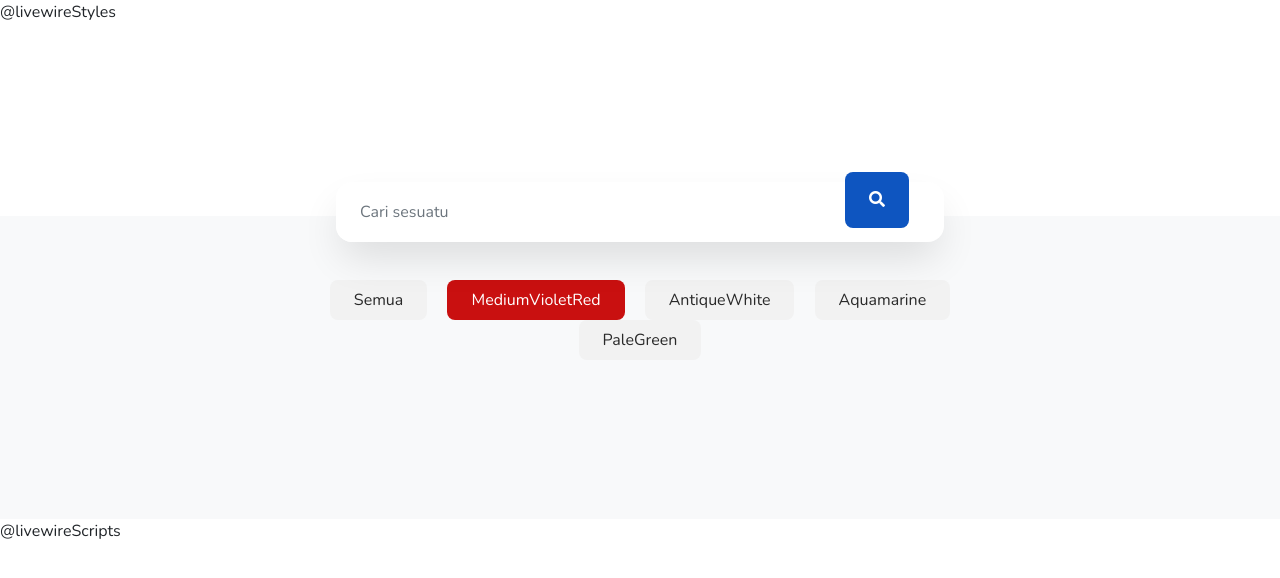
Repository: khulqu15/bidding-lite
Page: http://localhost/products?category=1
An editor plug-in stored every save of this project. The page is shown before and after the next save, followed by the edit.
The browser window is 1280 px wide. The pictures show the whole page.
The pointer rests on the first visible `.btnm-primary`.
Some web fonts or font styles are not loaded; a fallback is used. The page is served by the project's Laravel application, run on PHP 8.4 with Laravel 8. Other server files are loaded and not shown. The database holds what the project's SQL file puts in it.

Above is the page before, as saved 2022-03-01 01:29:42.

### routes/web.php
<?php

use App\Http\Controllers\AuctionController;
use App\Http\Controllers\ContactController;
use App\Http\Controllers\PageController;
use App\Http\Controllers\ProductController;
use App\Http\Controllers\TransactionController;
use App\Http\Controllers\UserController;
use App\Http\Livewire\Page\Home;
use App\Models\Transaction;
use Illuminate\Support\Facades\Auth;
use Illuminate\Support\Facades\Route;

/*
|--------------------------------------------------------------------------
| Web Routes
|--------------------------------------------------------------------------
|
| Here is where you can register web routes for your application. These
| routes are loaded by the RouteServiceProvider within a group which
| contains the "web" middleware group. Now create something great!
|
*/

Route::get('/', [PageController::class, 'home'])->name('home');
Route::get('products', [PageController::class, 'products'])->name('products');
Route::get('contact', [PageController::class, 'contact'])->name('contact');
Route::get('product/{id}', [PageController::class, 'product'])->name('product');

Route::get('transaction/auction/{auctionId}', [TransactionController::class, 'create'])->name('transaction.create');
Route::get('transaction/{id}/auction/{auctionId}', [TransactionController::class, 'edit'])->name('transaction.edit');
Route::post('transaction', [TransactionController::class, 'store'])->name('transaction.store');
Route::patch('transaction/{id}', [TransactionController::class, 'update'])->name('transaction.update');
Route::delete('transaction/{id}', [TransactionController::class, 'destroy'])->name('transaction.destroy');
Route::get('transaction/{id}/final', [TransactionController::class, 'finalization'])->name('transaction.final');

Route::get('profile', [PageController::class, 'profile'])->name('profile');
Route::post('auction', [AuctionController::class, 'store'])->name('addAuction');
Route::post('update/user/{id}', [UserController::class, 'update'])->name('updateUser');
Route::post('update/password/{id}', [UserController::class, 'updatePassword'])->name('updatePassword');
Route::post('send/email', [ContactController::class, 'store'])->name('sendEmail');

Route::get('home', [Home::class, 'render']);

Route::group(['middleware' => ['multi.auth', 'auth:sanctum', 'verified']], function() {
    Route::get('/dashboard', [PageController::class, 'dashboard'])->name('dashboard');
    Route::get('/dashboard-product', [PageController::class, 'dashboardProduct'])->name('dashboard.product');
    Route::get('/dashboard-auction', [PageController::class, 'dashboardAuction'])->name('dashboard.auction');
    Route::get('/dashboard-transaction', [PageController::class, 'dashboardTransaction'])->name('dashboard.transaction');
    Route::get('/dashboard-user', [PageController::class, 'dashboardUser'])->name('dashboard.user');
    Route::get('/edit/product/{id}', [PageController::class, 'editProduct'])->name('editProduct');
    Route::post('/store/product', [ProductController::class, 'store'])->name('storeProduct');
    Route::post('/update/product/{id}', [ProductController::class, 'update'])->name('updateProduct');
});

// Route::middleware(['auth:sanctum', 'verified'])->get('/dashboard', function () {
//     if(Auth::check()) {
//         if(Auth::user()->level == null || Auth::user()->level == 'user') {
//             return redirect()->route('home');
//         } else {
//             return view('dashboard');
//         }
//     }
// })->name('dashboard');

### app/Http/Controllers/PageController.php
<?php

namespace App\Http\Controllers;

use App\Models\CategoryProduct;
use App\Models\Product;
use App\Models\Transaction;
use App\Models\User;
use Illuminate\Http\Request;
use Illuminate\Support\Facades\Auth;

class PageController extends Controller
{
    public $product;
    public $ctr;

    public function __construct(Product $product, CategoryProduct $category)
    {
        $this->ctr = $category;
        $this->product = $product;
    }

    public function home(Request $request)
    {
        $query = $this->product->query();
        $product = $query->with('Category');
        if($request->get('name')) {
            $products = $query->where('name', 'LIKE', "%".$request->get('name')."%");
        }
        if($request->get('category')) {
            $products = $query->where('category_id', $request->get('category'));
        }
        $products = $query->where('status', 'aktif')->paginate(6);
        $categories = $this->ctr->paginate(4);
        return view('welcome', compact('products', 'categories'));
    }

    public function dashboardTransaction(Request $request)
    {
        $transactions = Transaction::paginate(10);
        return view('transactions', compact('transactions'));
    }


    public function products(Request $request)
    {
        $query = $this->product->query();
        $product = $query->with('Category');
        if($request->get('name')) {
            $products = $query->where('name', 'LIKE', "%".$request->get('name')."%");
        }
        if($request->get('category')) {
            $products = $query->where('category_id', $request->get('category'));
        }
        $products = $query->where('status', 'aktif')->paginate(6);
        $categories = $this->ctr->paginate(4);
        return view('products', compact('products', 'categories'));
    }

    public function product(Request $request, $id)
    {
        $product = $this->product->find($id);
        return view('product', compact('product'));
    }

    public function profile()
    {
        if(Auth::check()) {
            if(Auth::user()->level == 'admin' || Auth::user()->level == 'petugas') {
                return redirect()->route('dashboard');
            }
            $user = User::with(['Like', 'Like.Product', 'Auction', 'Auction.product'])->where('id', Auth::id())->first();
            return view('profile', compact('user'));
        } else {
            return redirect()->route('login');
        }
    }

    public function contact()
    {
        return view('contact');
    }

    public function dashboard()
    {
        return view('dashboard');
    }

    public function dashboardProduct()
    {
        return view('dashboard-product');
    }

    public function dashboardAuction()
    {
        return view('dashboard-auction');
    }

    public function dashboardUser()
    {
        return view('dashboard-user');
    }

    public function editProduct($id)
    {
        $product = Product::find($id);
        return view('product-edit', compact('product'));
    }
}

### app/Http/Controllers/Controller.php
<?php

namespace App\Http\Controllers;

use GuzzleHttp\Exception\ClientException;
use Illuminate\Foundation\Auth\Access\AuthorizesRequests;
use Illuminate\Foundation\Bus\DispatchesJobs;
use Illuminate\Foundation\Validation\ValidatesRequests;
use Illuminate\Routing\Controller as BaseController;

class Controller extends BaseController
{
    use AuthorizesRequests, DispatchesJobs, ValidatesRequests;

    public function onSuccess($dataType, $data, $requestType = null)
    {
        if($requestType != null) {
            return response()->json([
                'status' => "$dataType $requestType",
                'code' => '200',
                'data' => $data
            ]);
        }
        if($data == null) {
            return response()->json([
                'status' => "$dataType Not Found",
                'code' => '404',
                'message' => "Data $dataType belum ada",
                'data' => $data
            ]);
        }
        return response()->json([
            'status' => "$dataType Founded",
            'code' => '200',
            'message' => "Data $dataType ditemukan",
            'data' => $data
        ]);
    }

    public function onError(\Exception $e)
    {
        if($e instanceof ClientException) {
            $nException = json_decode($e->getResponse()->getBody()->getContents(), true);
            if($nException) {
                $e = new \Exception($nException['reason'], $nException['code']);
            }
        }
        $exceptions = [
            'status' => 'Failed Error',
            'code' => $e->getCode(),
            'error' => $e->getMessage(),
        ];
        return response()->json($exceptions);
    }
}

### app/Models/Product.php
<?php

namespace App\Models;

use Carbon\Carbon;
use Illuminate\Database\Eloquent\Factories\HasFactory;
use Illuminate\Database\Eloquent\Model;

class Product extends Model
{
    use HasFactory;

    protected $table = 'products';

    protected $fillable = ['name', 'close', 'price', 'picture', 'description', 'category_id'];

    public function Category()
    {
        return $this->belongsTo(CategoryProduct::class, 'category_id');
    }

    public function Like()
    {
        return $this->hasMany(LikeProduct::class, 'product_id');
    }

    public function Auction()
    {
        return $this->hasMany(Auction::class, 'product_id');
    }

    public function Transaction()
    {
        return $this->hasMany(Transaction::class);
    }

    // public function getCloseAttribute()
    // {
    //     $date = Carbon::create($this->attributes['close'])->isoFormat('dddd, D MMMM Y');
    //     return $date;
    // }
}

### app/Models/CategoryProduct.php
<?php

namespace App\Models;

use Illuminate\Database\Eloquent\Factories\HasFactory;
use Illuminate\Database\Eloquent\Model;

class CategoryProduct extends Model
{
    use HasFactory;

    protected $table = 'category_products';

    protected $fillable = ['name'];

    public function Product()
    {
        return $this->hasMany(Product::class, 'category_id');
    }
}

### resources/views/products.blade.php
@extends('layouts.general')

@section('title', 'Products')

@section('content')
<div class="pt-5">
    <div class="pt-5 mt-5">
        <div class="container-fluid mt-5 pt-3 bg-light">
            <div class="container">
                <div class="row">
                    <div class="col-md-8 offset-md-2 text-center position-relative">
                        <div class="input-search-home">
                            <form action="{{ route('products') }}" method="GET">
                                <div class="row">
                                    <div class="col-9">
                                        <input value="{{ request()->get('name') == null ? null : request()->get('name') }}"
                                        type="text" name="name" placeholder="Cari sesuatu" class="form-control px-4 border-0">
                                    </div>
                                    <div class="col-3">
                                        @if (Request::get('name') == null)
                                            <button type="submit" class="btn btnm-primary px-4">
                                                <i class="fas fa-search"></i>
                                            </button>
                                        @else
                                            <a href="{{ route('products') }}" type="button" class="btn btnm-light px-4">
                                                <i class="fas fa-undo"></i>
                                            </a>
                                        @endif
                                    </div>
                                </div>
                            </form>
                        </div>
                        <div class="pt-5 pb-3">
                            <a href="{{ route('products') }}" class="btn {{ request()->get('category') == null ? 'btnm-primary' : 'btnm-light' }} btnm-primary my-md-0 my-2 mx-2 px-4 py-2">Semua</a>
                            @foreach ($categories as $category)
                                <a href="{{ route('products', ['category' => $category->id]) }}"
                                class="btn {{ request()->get('category') == $category->id ? 'btnm-primary' : 'btnm-light' }} my-md-0 my-2 mx-2 px-4 py-2">{{ $category->name }}</a>
                            @endforeach
                        </div>
                    </div>
                </div>
                <div class="row mt-4">
                    @foreach ($products as $product)
                    <div class="col-md-4 col-sm-6 my-2">
                        <livewire:components.card-product :product="$product"/>
                    </div>
                    @endforeach
                    <div class="col-12 text-right py-4 mt-4">
                        <div class="d-inline-block mb-4">
                            {{ $products->links() }}
                        </div>
                    </div>
                </div>
            </div>
        </div>
    </div>
</div>
@endsection

### public/css/style.css
body {
    overflow-x: hidden !important;
}
.viga {
    font-family: 'Viga', sans-serif;
}
.bgm-primary {
    background-color: #C91010 !important;
}
.bgm-primary-light {
    background-color: #F92929 !important;
}
.btnm-primary {
    border: none;
    border-radius: 0px !important;
    transition: all .3s ease-in-out;
    background-color: #C91010 !important;
    padding: 1rem 2rem;
    border-radius: 8px !important;
    color: white;
}
.shadow-smooth {
    box-shadow: 10px 20px 49px -8px rgba(0, 0, 0, 0.08) !important;
}
.text-right {
    text-align: right !important;
}
.text-left {
    text-align: left !important;
}
.text-sm {
    font-size: .8rem;
}
.text-center {
    text-align: center !important;
}
.cursor-point {
    cursor: pointer;
}
.btnm-primary:hover {
    color: white !important;
    background-color: #0E55C0 !important;
}
.btnm-light {
    border: none;
    border-radius: 0px !important;
    transition: all .3s ease-in-out;
    background-color: #f2f2f2 !important;
    padding: 1rem 2rem;
    border-radius: 8px !important;
    color: #292929;
}
.btnm-light:hover {
    color: #292929 !important;
    background-color: #c2c2c2 !important;
}
.textm-primary {
    color: #C91010 !important;
}
.textm-gray {
    color: gray !important;
}

.input-search-home {
    width: 80%;
    border-radius: 16px !important;
    position: absolute;
    left: 10%;
    height: 60px;
    box-shadow: 0px 20px 40px -6px rgba(0, 0, 0, 0.12);
    top: -50px;
    background-color: white;
}
.input-search-home input {
    border-radius: 16px !important;
    height: 60px;
}
.input-search-home button,
.input-search-home a {
    position: relative;
    top: -10px;
}
.maxm-height {
    min-height: 70vh;
    max-height: 70vh !important;
    overflow-y: auto !important;
    overflow-x: hidden !important;
}


.card-product {
    width: 100%;
    transition: all .3s ease-in-out;
    height: 370px;
    border-radius: 16px;
    background-color: white;
}
.card-product:hover {
    box-shadow: 12px 24px 48px rgba(0, 0, 0, 0.09);
}
.card-product .image {
    width: 100%;
    height: 170px;
    border-top-left-radius: 16px;
    border-top-right-radius: 16px;
    background-color: #F92929;
    overflow: hidden;
}
.card-product .image img {
    transition: all .3s ease-in-out;
}
.card-product .image:hover img {
    transform: scale(1.1);
    opacity: .6;
}
.card-product .like {
    width: 50px;
    height: 50px;
    border-radius: 50px;
    background-color: #ffbaba;
    color: #C91010;
    position: absolute;
    line-height: 53px;
    text-align: center;
    z-index: 10;
    top: 140px;
    right: 20px;
    transition: all .3s ease-in-out;
}
.card-product .like:hover {
    cursor: pointer;
    background-color: #C91010;
    color: #F92929;
}
.card-product .liked {
    width: 50px;
    height: 50px;
    border-radius: 50px;
    background-color: #880303;
    color: #F92929;
    position: absolute;
    line-height: 53px;
    text-align: center;
    z-index: 10;
    top: 140px;
    right: 20px;
    transition: all .3s ease-in-out;
}
.card-product .like:hover {
    cursor: pointer;
    color: #8c0202;
    background-color: #F92929;
}
.image-fit-card {
    width: 100%;
    height: 100%;
    object-fit: cover !important;
}
.card-product .line-category {
    display: inline-block;
    width: 20px;
    height: 3px;
    background-color: gray;
}

.bg-hammer-bottom {
    background: url('../img/wallpaper/hammer.png');
    background-attachment: fixed;
    background-position: center;
    background-size: cover;
}

.input-email-footer {
    position: relative;
    width: 100%;
    height: 70px;
    box-shadow: 0px 19px 38px rgba(0, 0, 0, 0.12);
    background-color: white;
}
.input-email-footer input {
    height: 70px;
    width: 100%;
}
.input-email-footer button {
    position: relative;
    top: -8px
}

.menu-footer {
    color: rgba(255, 255, 255, .5);
}
.menu-footer.active,
.menu-footer:hover {
    color: rgba(255, 255, 255, 1);
    cursor: pointer;
    transition: all .4s ease-in-out;
}
.menu-footer .icon {
    position: absolute;
    right: -50px;
    opacity: 0;
    transition: all .2s ease-in-out;
    visibility: hidden;
}
.menu-footer.active .icon,
.menu-footer:hover .icon {
    position: relative;
    opacity: 1;
    right: 0;
    visibility: visible;
}
.menu-footer .menu-title {
    transition: all .2s ease-in-out;
    position: relative;
    font-size: 3rem;
    right: -10px;
}
.menu-footer.active .menu-title,
.menu-footer:hover .menu-title {
    position: relative;
    right: 0px;
}

.icons-footer svg {
    transition: all .2s ease-in-out;
    color: #c2c2c2;
    margin: 0px .8rem;
    font-size: 1.4rem;
}

.icons-footer svg:hover {
    cursor: pointer;
    color: #767676;
}

.navbar {
    transition: all .3s ease-in-out;
    z-index: 100;
}
.burger {
    position: relative;
    top: -5px;
    margin: 10px 0px 0px 0px;
}
.burger div {
    width: 30px;
    height: 2px;
    margin: 7px 0px;
    position: relative;
    background-color: #767676;
    transition: all .3s ease-in-out;
}
.burger.times div:nth-child(1) {
    transform: rotate(45deg);
    top: 5px;
}
.burger.times div:nth-child(2) {
    transform: rotate(-45deg);
    top: -5px;
}

.navbar-fixed {
    position: fixed;
    width: 100%;
    z-index: 50;
    overflow-x: hidden !important;
    overflow-y: auto !important;
    height: 100%;
    top: 0;
    opacity: 1;
    transform: skew(0deg);
    background-color: white;
    visibility: visible;
    right: 0;
    transition: all .5s ease-in;
}
.avatar-sm {
    width: 40px;
    height: 40px;
    border-radius: 40px;
    overflow: hidden;
    display: inline-block;
}
.avatar-md {
    width: 50px;
    height: 50px;
    border-radius: 50px;
    overflow: hidden;
    display: inline-block;
}
.avatar-sm-navbar {
    width: 40px;
    height: 40px;
    border-radius: 40px;
    display: inline-block;
    right: 10px;
    position: absolute;
    z-index: 10;
    overflow: hidden;
    transition: all .3s ease-in-out;
    top: 24px;
    box-sizing: content-box;
}
.avatar-sm-navbar:hover {
    cursor: pointer;
    border: 4px solid gainsboro;
    top: 20px;
    right: 12px;
}
.navbar-fixed.hide {
    transform: skew(10deg) !important;
    opacity: 0 !important;
    right: -100% !important;
    visibility: hidden !important;
}
.menu-navbar {
    color: rgba(44, 44, 44, 0.5);
}
.menu-navbar.active,
.menu-navbar:hover {
    color: rgba(44, 44, 44, 1) !important;
    cursor: pointer;
    transition: all .4s ease-in-out;
}
.menu-navbar .icon {
    position: absolute;
    right: -50px;
    opacity: 0;
    transition: all .2s ease-in-out;
    visibility: hidden;
}
.menu-navbar.active .icon,
.menu-navbar:hover .icon {
    position: relative;
    opacity: 1;
    right: 0;
    visibility: visible;
}
.menu-navbar .menu-title {
    transition: all .2s ease-in-out;
    position: relative;
    font-size: 3rem;
    right: -10px;
}
.menu-navbar.active .menu-title,
.menu-navbar:hover .menu-title {
    position: relative !important;
    right: 0px !important;
}
a {
    text-decoration: none !important;
}
.full-page,
.bg-product {
    width: 100%;
    min-height: 100vh;
    overflow: hidden;
    position: relative;
    background-color: #292929;
}
.full-page {
    background-color: #F92929 !important;
}
.bg-product img {
    opacity: .8;
}

.avatar-profile {
    width: 80px;
    margin: 0px auto;
    height: 80px;
    display: inline-block;
    border-radius: 80px;
    overflow: hidden !important;
    background-color: #C91010;
}
.ellipsis-menu-right {
    top: 0;
    right: 0;
    margin: .7rem;
    font-size: 1.2rem;
}

.card-profile-navbar {
    background-color: white;
    width: 300px;
    position: relative;
    z-index: 100;
}
.card-auction {
    box-shadow: 0px 5px 15px rgba(0, 0, 0, 0.12);
    transition: all .3s ease-in-out;
}
.card-auction:hover {
    box-shadow: 0px 10px 30px rgba(0, 0, 0, 0.1);
}
.alert-respond {
    width: 50%;
    top: 20%;
    z-index: 100;
    left: 25%;
}
@media only screen and (max-width: 760px) {
    .alert-respond {
        z-index: 100;
        top: 20%;
        width: 80%;
        left: 10%;
    }
}

.btn-fab {
    position: fixed;
    right: 25px;
    bottom: 25px;
    z-index: 100;
}

.menu-ellipsis {
    width: 260px;
    overflow: hidden;
    right: 0;
    background-color: white;
    transition: all .3s ease-in-out;
    box-shadow: 0px 10px 20px rgba(0, 0, 0, 0.08);
}
.menu-ellipsis.hide {
    opacity: 0 !important;
    visibility: hidden !important;
    right: -20px !important;
}
.menu-ellipsis .item {
    padding: .7rem 1.4rem;
    transition: all .3s ease-in-out;
    text-align: right !important;
    cursor: pointer;
}
.menu-ellipsis .item:hover {
    background-color: gainsboro;
}

### bidding.sql (the tables this page reads)
CREATE TABLE `category_products` (
  `id` bigint(20) UNSIGNED NOT NULL,
  `name` varchar(255) COLLATE utf8mb4_unicode_ci NOT NULL,
  `created_at` timestamp NULL DEFAULT NULL,
  `updated_at` timestamp NULL DEFAULT NULL
) ENGINE=InnoDB DEFAULT CHARSET=utf8mb4 COLLATE=utf8mb4_unicode_ci;

INSERT INTO `category_products` (`id`, `name`, `created_at`, `updated_at`) VALUES
(1, 'MediumVioletRed', '2022-02-04 06:26:01', '2022-02-04 06:26:01'),
(2, 'AntiqueWhite', '2022-02-04 06:26:02', '2022-02-04 06:26:02'),
(3, 'Aquamarine', '2022-02-04 06:26:02', '2022-02-04 06:26:02'),
(4, 'PaleGreen', '2022-02-04 06:26:02', '2022-02-04 06:26:02'),
(5, 'Azure', '2022-02-04 06:26:02', '2022-02-04 06:26:02'),
(6, 'Aqua', '2022-02-04 06:26:02', '2022-02-04 06:26:02'),
(7, 'DarkCyan', '2022-02-04 06:26:02', '2022-02-04 06:26:02'),
(8, 'DarkViolet', '2022-02-04 06:26:02', '2022-02-04 06:26:02'),
(9, 'DarkBlue', '2022-02-04 06:26:02', '2022-02-04 06:26:02'),
(10, 'MediumVioletRed', '2022-02-04 06:26:02', '2022-02-04 06:26:02');

ALTER TABLE `category_products`
  ADD PRIMARY KEY (`id`);

ALTER TABLE `category_products`
  MODIFY `id` bigint(20) UNSIGNED NOT NULL AUTO_INCREMENT, AUTO_INCREMENT=11;

CREATE TABLE `products` (
  `id` bigint(20) UNSIGNED NOT NULL,
  `name` varchar(255) COLLATE utf8mb4_unicode_ci NOT NULL,
  `status` varchar(255) COLLATE utf8mb4_unicode_ci DEFAULT NULL,
  `close` date NOT NULL,
  `picture` varchar(255) COLLATE utf8mb4_unicode_ci NOT NULL,
  `price` decimal(8,2) NOT NULL,
  `description` text COLLATE utf8mb4_unicode_ci NOT NULL,
  `created_at` timestamp NULL DEFAULT NULL,
  `updated_at` timestamp NULL DEFAULT NULL,
  `category_id` bigint(20) UNSIGNED NOT NULL
) ENGINE=InnoDB DEFAULT CHARSET=utf8mb4 COLLATE=utf8mb4_unicode_ci;

INSERT INTO `products` (`id`, `name`, `status`, `close`, `picture`, `price`, `description`, `created_at`, `updated_at`, `category_id`) VALUES
(2, 'Produk6', 'aktif', '2020-01-01', '1.png', '50000.00', 'Lorem ipsum dolor sit amet, los protokaos el mindo elva vin de ala manacos', '2022-02-04 06:26:05', '2022-02-04 06:30:40', 1),
(3, 'Produk7', 'aktif', '2020-02-02', '2.png', '100000.00', 'Lorem ipsum dolor sit amet, los protokaos el mindo elva vin de ala manacos', '2022-02-04 06:26:05', '2022-02-04 06:30:39', 2),
(4, 'Produk8', 'aktif', '2020-03-03', '3.png', '150000.00', 'Lorem ipsum dolor sit amet, los protokaos el mindo elva vin de ala manacos', '2022-02-04 06:26:05', '2022-02-04 06:30:37', 3),
(5, 'Produk9', 'aktif', '2020-04-04', '4.png', '200000.00', 'Lorem ipsum dolor sit amet, los protokaos el mindo elva vin de ala manacos', '2022-02-04 06:26:05', '2022-02-04 06:30:36', 4),
(6, 'Produk10', 'aktif', '2020-05-05', '5.png', '250000.00', 'Lorem ipsum dolor sit amet, los protokaos el mindo elva vin de ala manacos', '2022-02-04 06:26:05', '2022-02-04 06:30:34', 5);

ALTER TABLE `products`
  ADD PRIMARY KEY (`id`),
  ADD KEY `products_category_id_foreign` (`category_id`);

ALTER TABLE `products`
  MODIFY `id` bigint(20) UNSIGNED NOT NULL AUTO_INCREMENT, AUTO_INCREMENT=7;

ALTER TABLE `products`
  ADD CONSTRAINT `products_category_id_foreign` FOREIGN KEY (`category_id`) REFERENCES `category_products` (`id`) ON DELETE CASCADE;

Loaded but not shown: public/js/jquery-3.5.1.min.js (library); public/js/bootstrap.min.js (library); public/js/fontawesome.min.js (library); public/css/bootstrap.min.css (library); public/css/all.min.css (library); public/css/fontawesome.min.css (library); resources/views/layouts/general.blade.php (77 lines, source omitted)

After the next save:
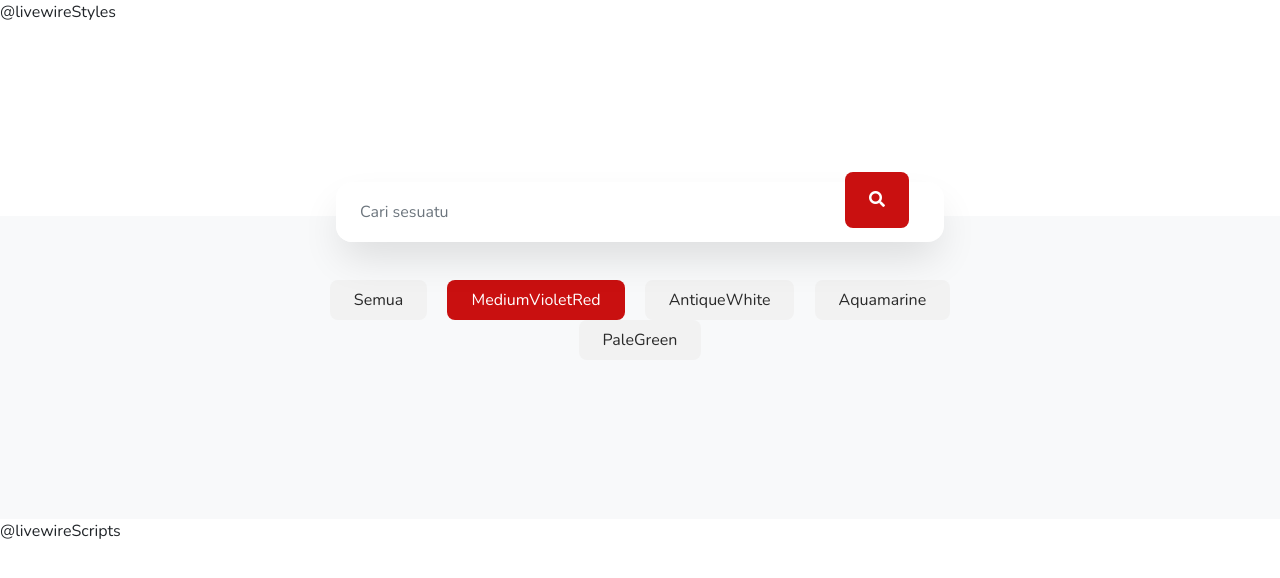
Saved 40 s later.
--- a/public/css/style.css
+++ b/public/css/style.css
@@ -39,7 +39,7 @@ body {
 }
 .btnm-primary:hover {
     color: white !important;
-    background-color: #0E55C0 !important;
+    background-color: #C91010 !important;
 }
 .btnm-light {
     border: none;
